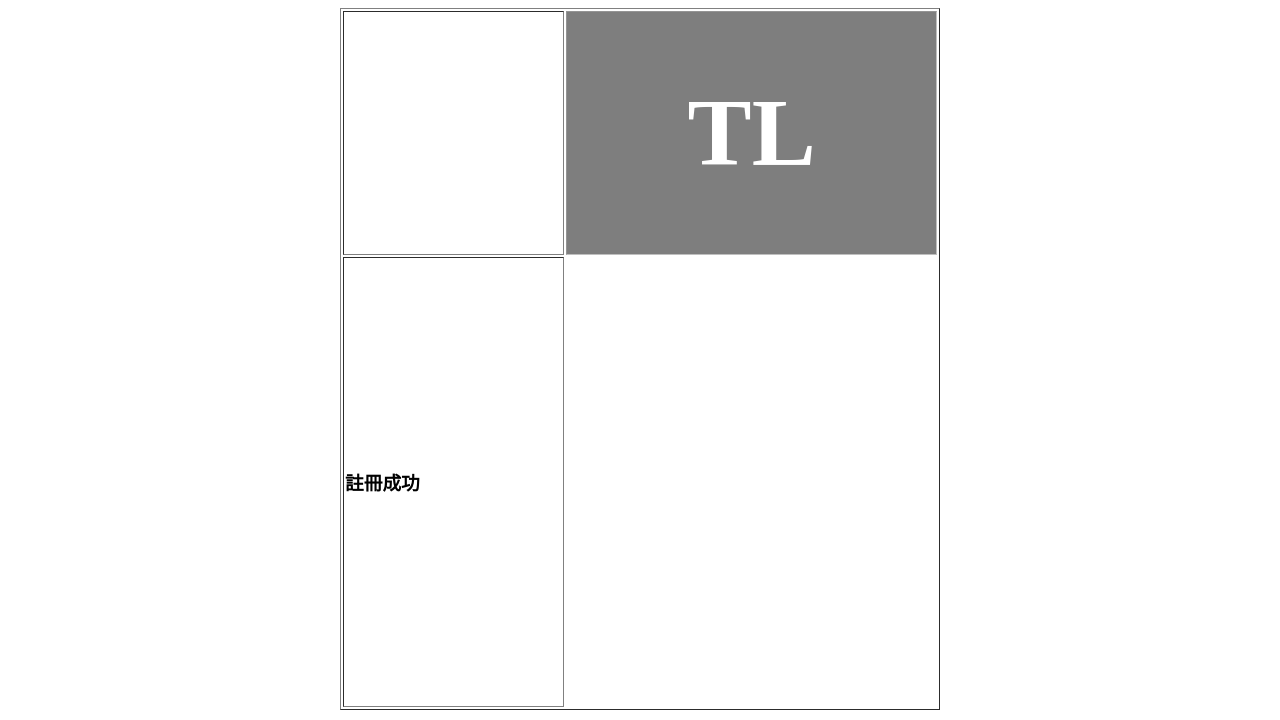
Repository: DAXMZB/Project
Page: http://localhost/SP2/addMemberSuccess.jsp
The author's editor kept a copy of each file at every save. The page is drawn from the files as they stood at one save, then again after the next save.
The browser window is 1280 px wide. The pictures show the whole page.
The page is served by Tomcat 9.

Above is the page before, as saved 2026-02-09 05:55:47.

After the next save:
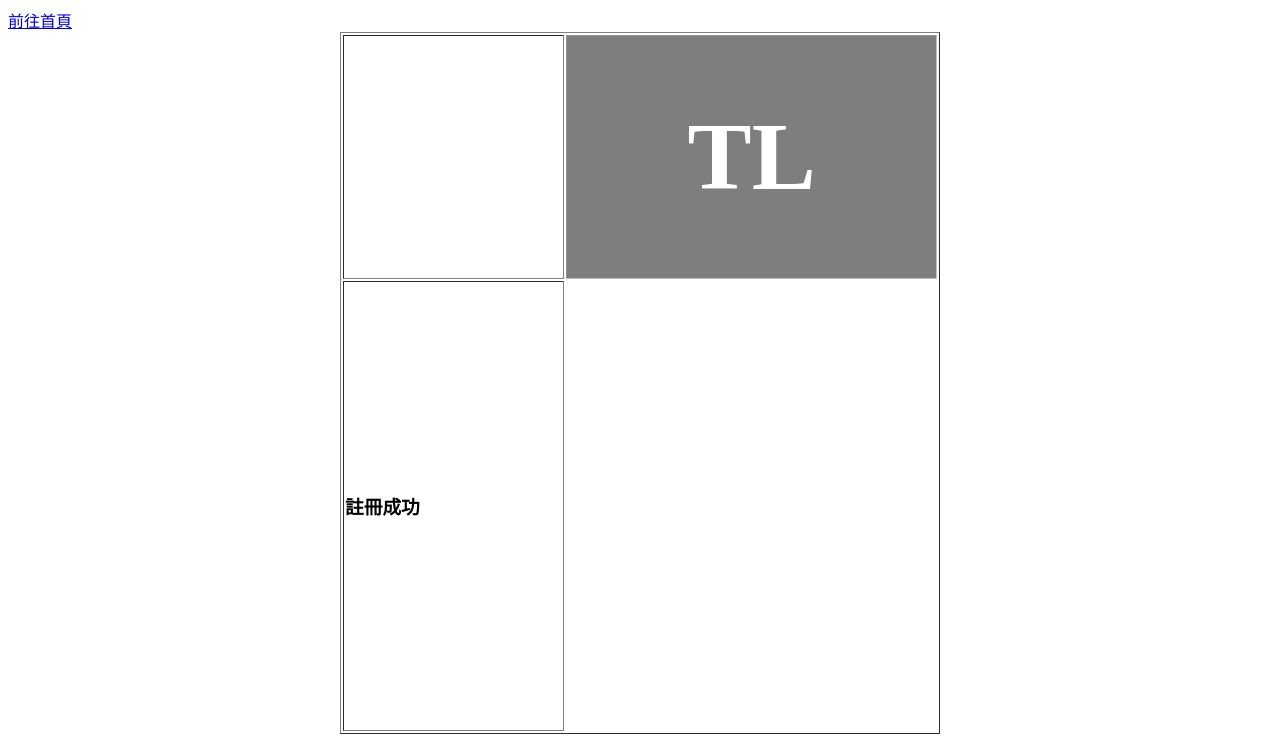
Saved 24 s later.
--- a/SP2/src/main/webapp/addMemberSuccess.jsp
+++ b/SP2/src/main/webapp/addMemberSuccess.jsp
@@ -13,6 +13,7 @@
 		</tr>
 		<tr height=450>
 			<td><h3>註冊成功</h3></td>
+			<a href="loginSuccess.jsp">前往首頁</a>
 		</tr>
 	</table>
 
